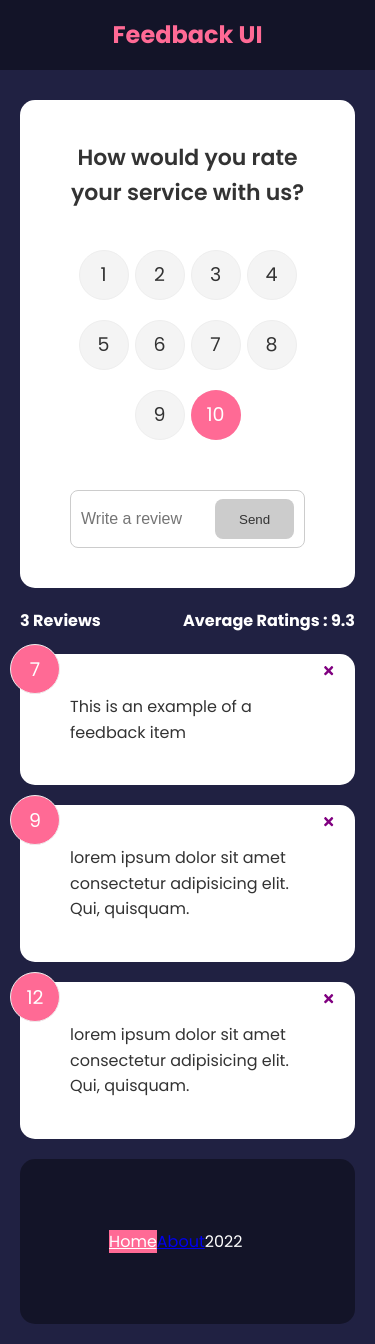
Repository: bayorwor/feedbackapp
Page: /
An editor plug-in stored every save of this project. The page is shown before and after the next save, followed by the edit.
The browser window is 375 px wide. The pictures show the whole page.
The project was rebuilt for these pictures with package versions that can differ from the ones it lists, and the page was loaded fresh each time. Also part of the build but not shown: src/pages/AboutPage.jsx.

Above is the page before, as saved 2022-01-31 07:40:12.

After the next save:
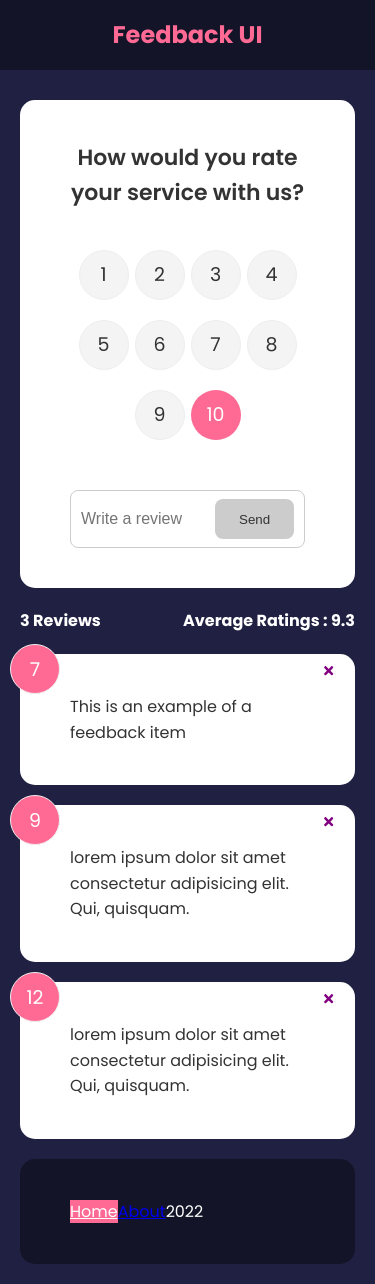
Saved 30 s later.
--- a/src/index.css
+++ b/src/index.css
@@ -233,9 +233,5 @@ input:focus {
     display: flex;
     flex-direction: row;
     width: 90%;
-    justify-content: center;
-    align-items: center;
-    flex-wrap: wrap;
-    margin: 30px 0;
-  }
-}
+  }
+}
